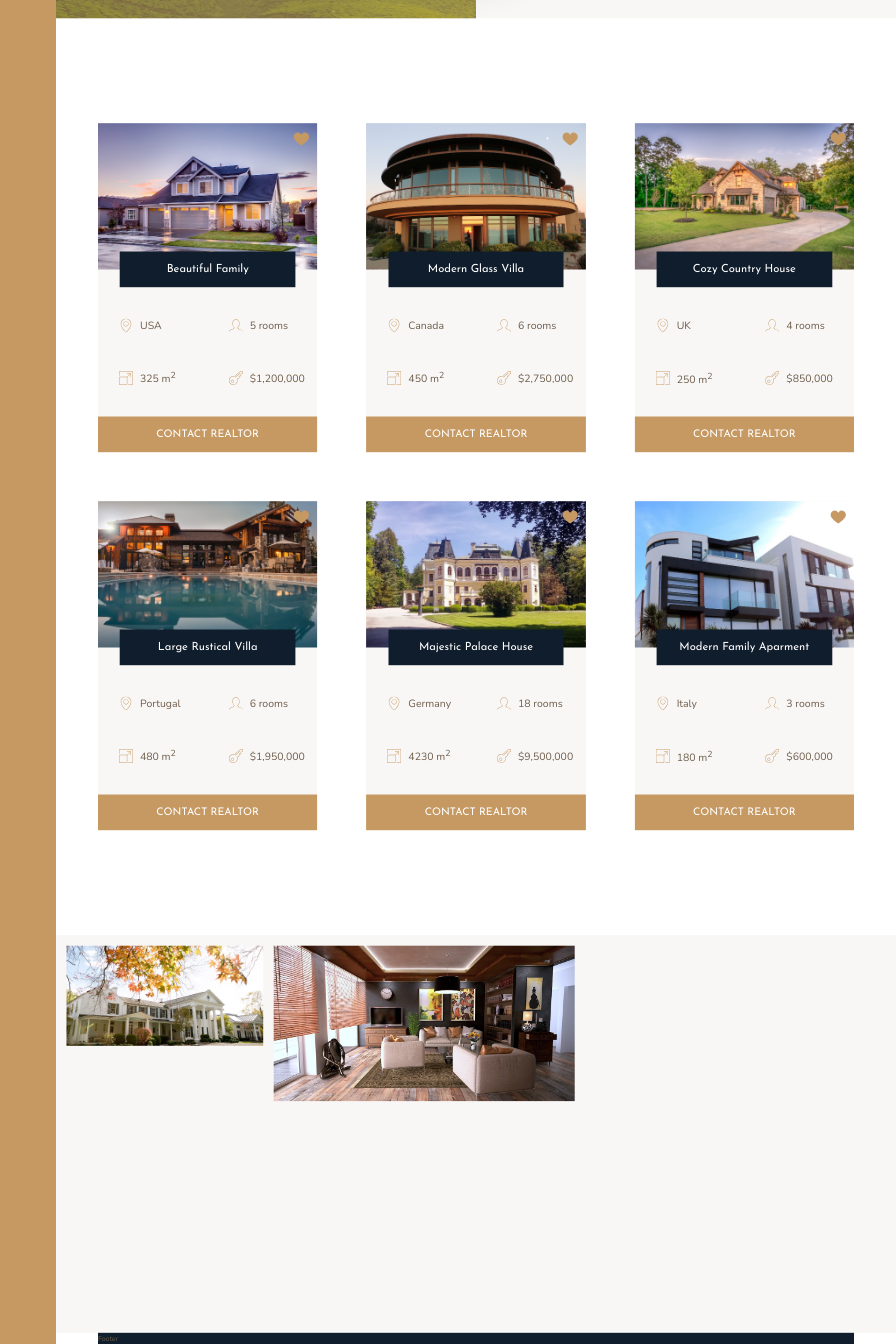
Repository: achwesiuk/nexter
Page: index.html
An editor plug-in stored every save of this project. The page is shown before and after the next save, followed by the edit.
The browser window is 1280 px wide. The pictures show the part of the page from y = 1580 to 3500 px (the page is 3500 px tall), at 70% of full size.
The style sheet was rebuilt from its Sass, Less or Tailwind sources for each picture, by a compiler version that may differ from the author's.

Above is the page before, as saved 2021-02-24 07:51:28.

After the next save:
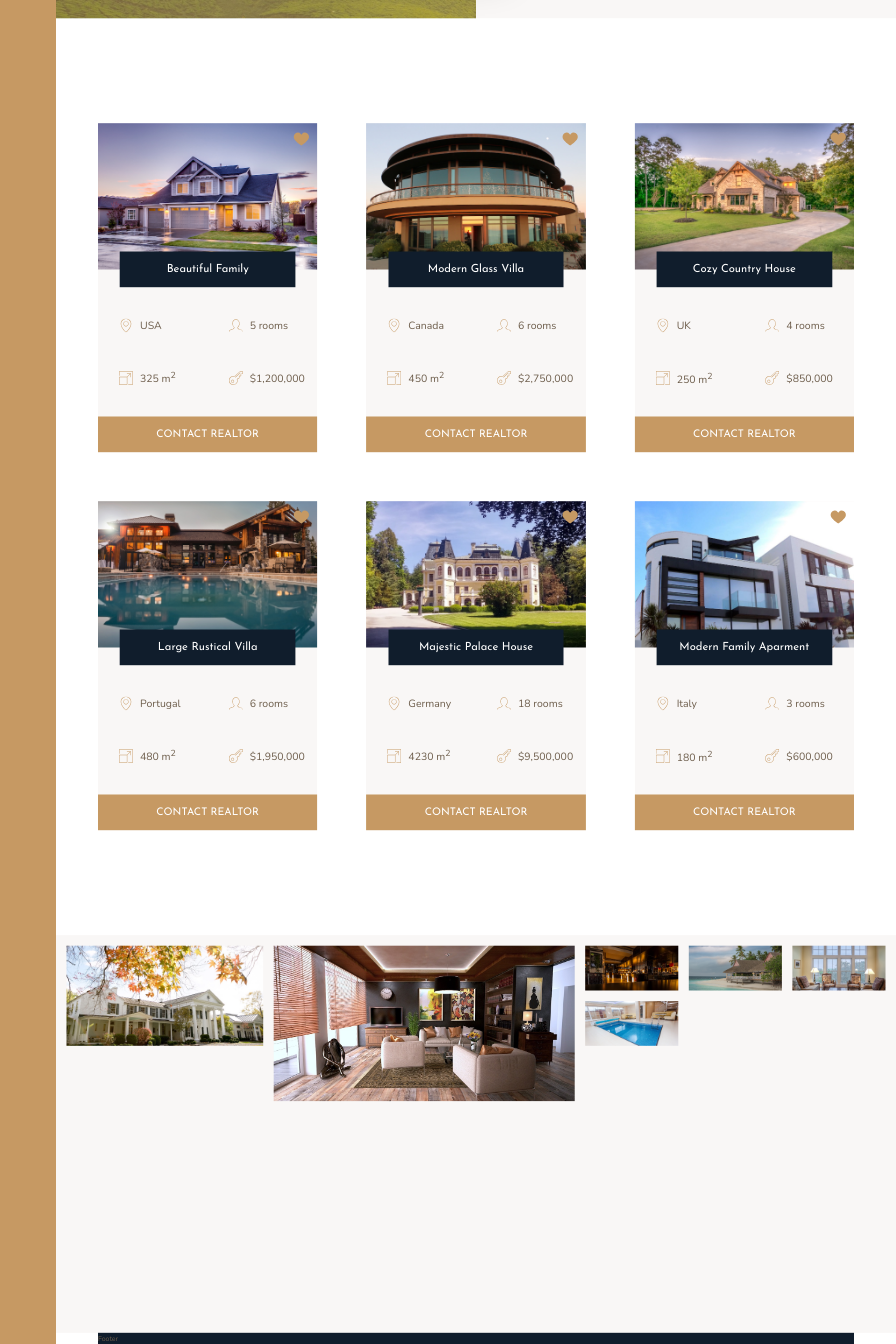
Saved 56 s later.
--- a/index.html
+++ b/index.html
@@ -285,6 +285,18 @@
             <figure class="gallery__item gallery__item--2">
                 <img src="img/gal-2.jpeg" alt="Gallery image 2" class="gallery__img">
             </figure>
+            <figure class="gallery__item gallery__item--3">
+                <img src="img/gal-3.jpeg" alt="Gallery image 3" class="gallery__img">
+            </figure>
+            <figure class="gallery__item gallery__item--4">
+                <img src="img/gal-4.jpeg" alt="Gallery image 4" class="gallery__img">
+            </figure>
+            <figure class="gallery__item gallery__item--5">
+                <img src="img/gal-5.jpeg" alt="Gallery image 5" class="gallery__img">
+            </figure>
+            <figure class="gallery__item gallery__item--6">
+                <img src="img/gal-6.jpeg" alt="Gallery image 6" class="gallery__img">
+            </figure>
         </section>
 
         <footer>
